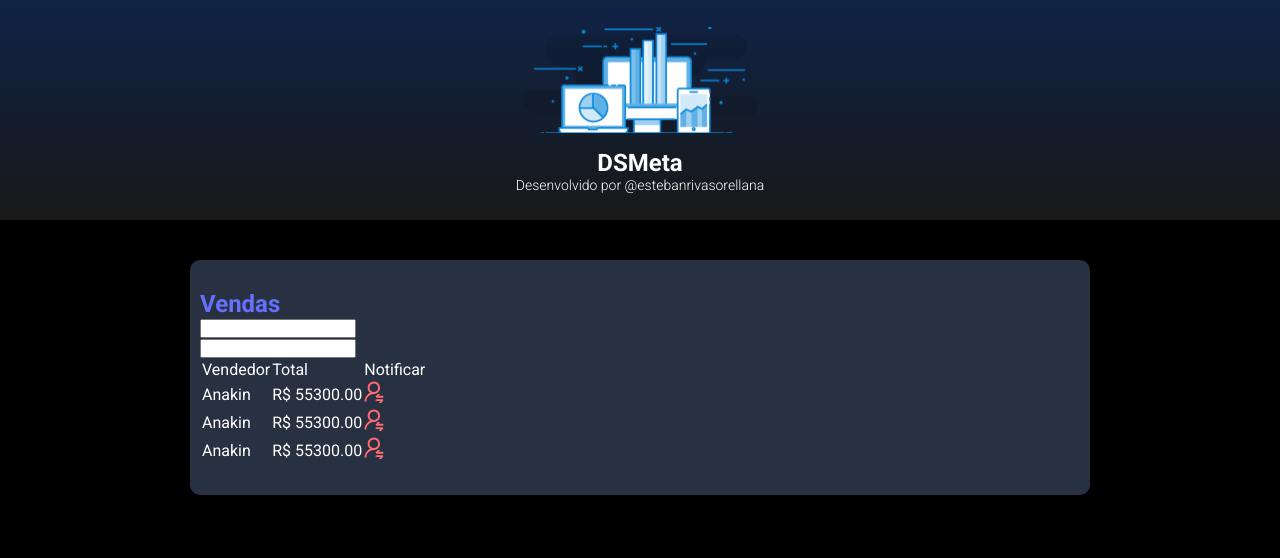
Repository: estebanrivas/dsmeta-css
Page: index.html
The author's editor kept a copy of each file at every save. The page is drawn from the files as they stood at one save, then again after a run of saves.
The browser window is 1280 px wide. The pictures show the whole page.

Above is the page before, as saved 2022-09-08 21:44:08.

After the next 3 saves:
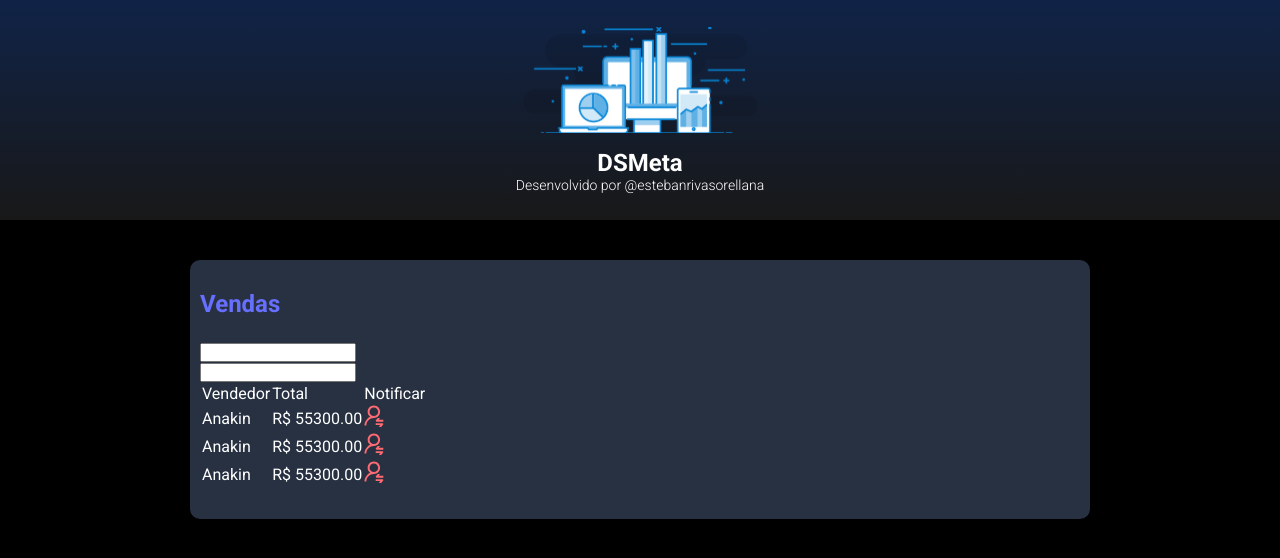
The 3 saves are shown as one change because they came seconds apart.
The last was saved 33 s later.
--- a/css/styles.css
+++ b/css/styles.css
@@ -68,5 +68,5 @@ header {
 .dsmeta-sales-title{
     color: #676FFF;
     font-size: 24px;
-    box
+    margin-bottom: 24px;
 }
